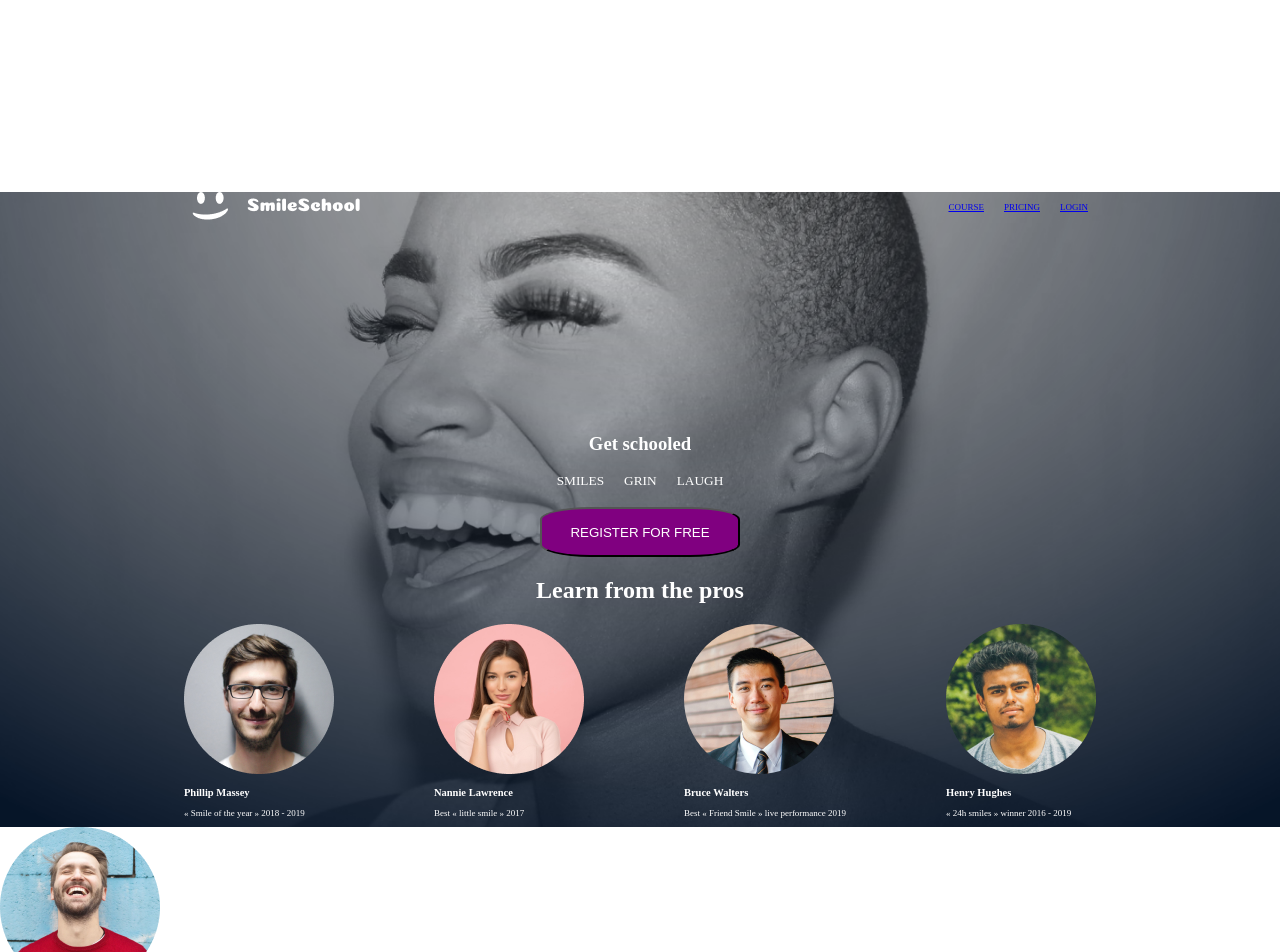
Repository: mwihakiann/alx_html_css
Page: css_advanced/index.html
These files come from the project's save history. The page is drawn as it stood at one moment and after a run of saves; the edit follows.
The browser window is 1280 px wide. The pictures show the part of the page from y = 0 to 952 px (the page is 3677 px tall before and 3670 px after).
A picture or video elsewhere on the page could not be fetched, so the positions and the page height are approximate. Some web libraries are served in a nearby version.

Above is the page before, as saved 2025-09-28 18:33:44.

After the next 2 saves:
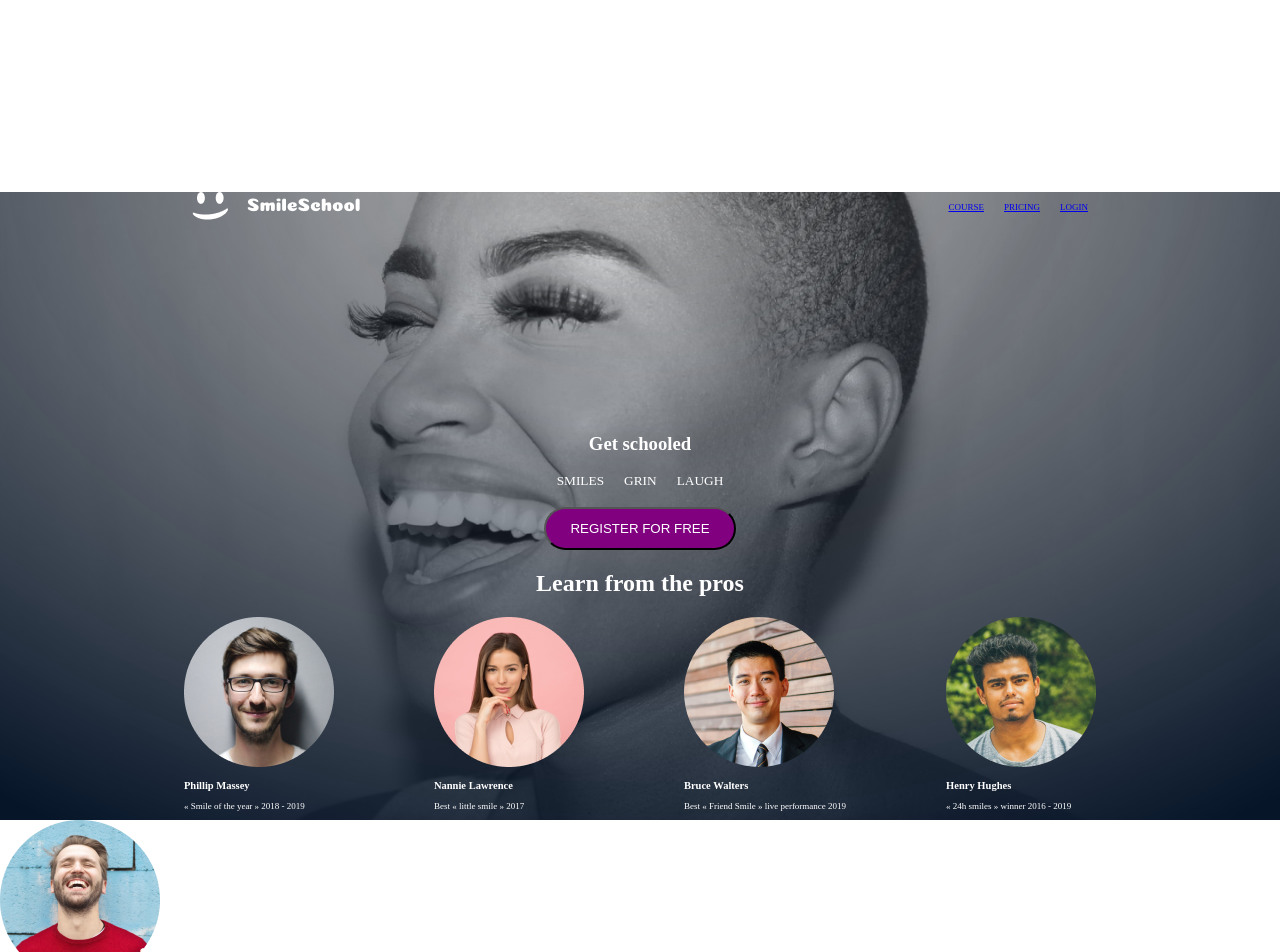
The 2 saves are shown as one change because they came seconds apart.
The last was saved 7 s later.
--- a/css_advanced/styles.css
+++ b/css_advanced/styles.css
@@ -35,14 +35,8 @@ h1{
 .register{
     background-color: purple;
     color: white;
-    paddding: 12px 24px;
+    padding: 12px 24px;
     border-radius: 25px;
-    width: 200px;
-    height:50px;
-    border-bottom-left-radius: 25%;
-    border-top-right-radius: 25%;
-    border-bottom-right-radius: 25%;
-    border-top-left-radius: 25%;
 }
 .learn-from-pros{
     display: flex;
